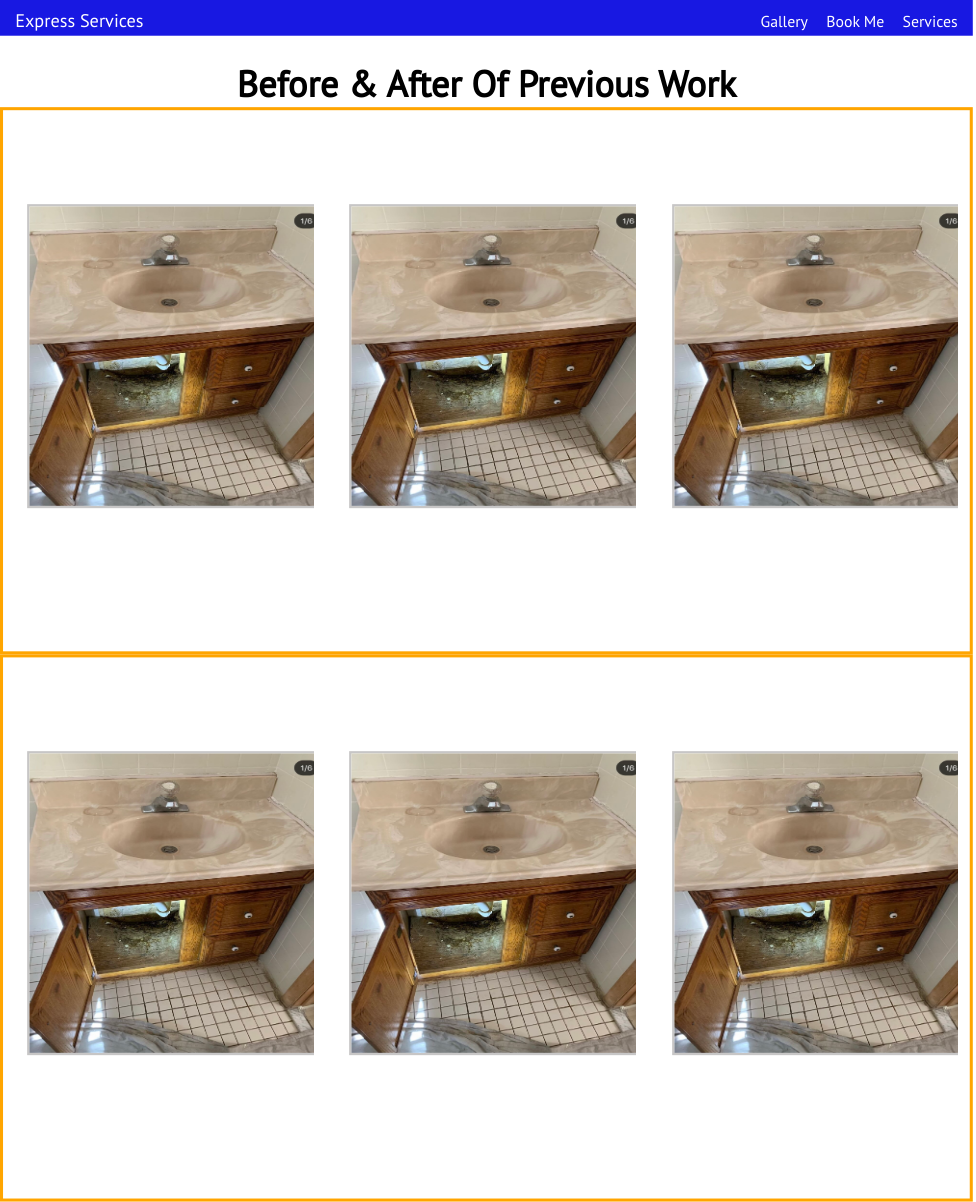
Repository: DrummerDee/mir-miami
Page: /Gallery (app in mr-miami/)
An editor plug-in stored every save of this project. The page is shown before and after the next save, followed by the edit.
The browser window is 1280 px wide. The page is 1284 px wide, so the pictures cover 1284 px, including what lies to the right of the window. The pictures show the whole page, at 76% of full size.
The project was rebuilt for these pictures with package versions that can differ from the ones it lists, and the page was loaded fresh each time. Also part of the build but not shown: mr-miami/src/Styles/Services.css, mr-miami/src/Components/Services.js, mr-miami/src/Components/Homepage.js, mr-miami/src/Styles/Calendar.css, mr-miami/src/Styles/Times.css, mr-miami/src/Components/Times.js, mr-miami/src/Components/Time.js, mr-miami/src/Components/BookMe.js.

Above is the page before, as saved 2022-09-09 13:46:25.

### mr-miami/public/index.html
<!DOCTYPE html>
<html lang="en">
  <head>
    <meta charset="utf-8" />
    <link rel="icon" href="%PUBLIC_URL%/favicon.ico" />
    <meta name="viewport" content="width=device-width, initial-scale=1" />
    <meta name="theme-color" content="#000000" />
    <meta
      name="description"
      content="Web site created using create-react-app"
    />
    <link rel="apple-touch-icon" href="%PUBLIC_URL%/logo192.png" />
    <!--
      manifest.json provides metadata used when your web app is installed on a
      user's mobile device or desktop. See https://developers.google.com/web/fundamentals/web-app-manifest/
    -->
    <link rel="manifest" href="%PUBLIC_URL%/manifest.json" />
    <!--
      Notice the use of %PUBLIC_URL% in the tags above.
      It will be replaced with the URL of the `public` folder during the build.
      Only files inside the `public` folder can be referenced from the HTML.

      Unlike "/favicon.ico" or "favicon.ico", "%PUBLIC_URL%/favicon.ico" will
      work correctly both with client-side routing and a non-root public URL.
      Learn how to configure a non-root public URL by running `npm run build`.
    -->
    <title>Exotic Express Services</title>
  </head>
  <body>
    <noscript>You need to enable JavaScript to run this app.</noscript>
    <div id="root"></div>
    <!--
      This HTML file is a template.
      If you open it directly in the browser, you will see an empty page.

      You can add webfonts, meta tags, or analytics to this file.
      The build step will place the bundled scripts into the <body> tag.

      To begin the development, run `npm start` or `yarn start`.
      To create a production bundle, use `npm run build` or `yarn build`.
    -->
  </body>
</html>

### mr-miami/src/App.js
import './Styles/App.css';
import { BrowserRouter as Router, Routes, Route } from "react-router-dom";
import Navbar from "./Components/Navbar";
import Services from "./Components/Services";
import Homepage from "./Components/Homepage";
import Gallery from "./Components/Gallery";
import BookMe from "./Components/BookMe";




function App() {
  return (
    <Router>
      <Navbar />
      <Routes>
        <Route path="/" element={<Homepage />} />
        <Route path="/Gallery" element={<Gallery />} />
        <Route path="/Services" element={<Services />} />
        <Route path="/BookMe" element={<BookMe />} />
      </Routes>
    </Router>
  );
}

export default App;

### mr-miami/src/Styles/App.css
@import url('https://fonts.googleapis.com/css2?family=IBM+Plex+Sans:wght@300&family=PT+Sans&display=swap');
* {
  box-sizing: border-box;
  margin: 0;
  padding: 0;
  font-family: 'PT Sans','IBM Plex Sans', sans-serif;
}

/* Gallery Page */
.gallery__body > h1 {
  font-size: 3rem;
  text-align: center;
  margin-top: 2rem;
}

.wrapper {
  display: flex;
  justify-content: center;
  align-items: center;
  border: 0.3rem solid orange;
  height: 100vh;
}
.containers{
  width: 100%;
  display: flex;
  flex-direction: column;
  height: 72%;
  overflow: hidden;
  gap: 0.5rem;
  padding: 1rem 0 0 1rem;
  margin: 1rem 1rem 0 1rem;
  overflow: auto;
  justify-content: center;
}
.frame {
  border-radius: 0.3rem;
  position: relative;
  height: 100%;
  width: fit-content;
}
img{
  transition: all linear 0.6s;
  border: 0.2rem solid rgb(199, 198, 198);
}
.bottom{
  position:absolute;
  top: 0;
  opacity: 0;
  margin-top: 16.5rem;
}
.containers:hover img{
  opacity: 0;
  cursor: pointer;
}
.containers:hover img.bottom{
  opacity: 1;
}

### mr-miami/src/Components/Navbar.js
import {Link } from 'react-router-dom'; //put this on every single routing page


// This isn't a homepage, just functionality for Navbar in the homepage
const Navbar = () => {
  return (
      <nav className="nav">
        <Link className="Home" to="/"> Express Services </Link>
        <ul>
          <li><Link to="/Gallery">Gallery</Link></li>
          <li><Link to="/BookMe">Book Me</Link></li>
          <li><Link to="/Services">Services</Link></li>
        </ul>
      </nav>
  );
}
export default Navbar;

### mr-miami/src/Components/Gallery.js
import React from "react";
import { LazyLoadImage } from 'react-lazy-load-image-component';
import sinkbefore from '../Assets/sinkbefore.jpeg';
import sinkafter from '../Assets/sinkafter.jpeg';
import doorbefore from '../Assets/Doorbefore.jpeg';
import doorafter from '../Assets/Doorafter.jpeg';
// import pavementbefore from '../Assets/pavementbefore.jpeg';
import pavementafter from '../Assets/pavementafter.jpeg';
import roofafter from '../Assets/roofafter.jpeg';
import roofbefore from '../Assets/roofbefore.jpeg';



function Gallery() {
    return (
        <>
            <main className='gallery__body'>
                <h1> Before & After Of Previous Work </h1>
                <section className='wrapper'>
                    <div className="containers">
                        <LazyLoadImage
                            src={sinkbefore}
                            width={400}
                            height={400}
                            effect='blur'
                            alt='broken sink'
                            className="top"
                        />
                        <LazyLoadImage
                            src={sinkafter}
                            width={400}
                            height={400}
                            effect='blur'
                            alt='broken sink'
                            className="bottom"
                        />
                    </div>
                    <div className="containers">
                        <LazyLoadImage
                            src={sinkbefore}
                            width={400}
                            height={400}
                            effect='blur'
                            alt='broken sink'
                            className="top"
                        />
                        <LazyLoadImage
                            src={sinkafter}
                            width={400}
                            height={400}
                            effect='blur'
                            alt='broken sink'
                            className="bottom"
                        />
                    </div>
                    <div className="containers">
                        <LazyLoadImage
                            src={sinkbefore}
                            width={400}
                            height={400}
                            effect='blur'
                            alt='broken sink'
                            className="top"
                        />
                        <LazyLoadImage
                            src={sinkafter}
                            width={400}
                            height={400}
                            effect='blur'
                            alt='broken sink'
                            className="bottom"
                        />
                    </div>
                </section>
                <section className='wrapper'>
                    <div className="containers">
                        <LazyLoadImage
                            src={sinkbefore}
                            width={400}
                            height={400}
                            effect='blur'
                            alt='broken sink'
                            className="top"
                        />
                        <LazyLoadImage
                            src={sinkafter}
                            width={400}
                            height={400}
                            effect='blur'
                            alt='broken sink'
                            className="bottom"
                        />
                    </div>
                    <div className="containers">
                        <LazyLoadImage
                            src={sinkbefore}
                            width={400}
                            height={400}
                            effect='blur'
                            alt='broken sink'
                            className="top"
                        />
                        <LazyLoadImage
                            src={sinkafter}
                            width={400}
                            height={400}
                            effect='blur'
                            alt='broken sink'
                            className="bottom"
                        />
                    </div>
                    <div className="containers">
                        <LazyLoadImage
                            src={sinkbefore}
                            width={400}
                            height={400}
                            effect='blur'
                            alt='broken sink'
                            className="top"
                        />
                        <LazyLoadImage
                            src={sinkafter}
                            width={400}
                            height={400}
                            effect='blur'
                            alt='broken sink'
                            className="bottom"
                        />
                    </div>
                </section>
            </main>

        </>
    );
}










export default Gallery

### mr-miami/src/Styles/Homepage.css
* {
  box-sizing: border-box;
  margin: 0;
  padding: 0;
}

.homeBody {
  position: relative;
  height: 95vh;
  overflow: hidden;
}

.nav {
  background-color: rgb(24, 24, 226);
  color: white;
  display: flex;
  justify-content: space-between;
  align-items: stretch;
  gap: 2rem;
  padding: 0 1rem;
  padding-top: 0.5rem;
  font-size: 1.3rem;
}

.nav ul {
  padding: 0%;
  margin: 0;
  list-style: none;
  display: flex;
  gap: 1rem;
}

.Home {
  font-size: 1.5rem;
}

.nav a {
  display: flex;
  align-items: center;
  color: inherit;
  text-decoration: none;
  height: 100%;
  padding: 0.25rem;
}

.nav li:hover {
  border-top: white 0.2rem solid;
  transition: all 0.3s ease-out;
  padding: 0.25rem;
}

.home {
  display: flex;
  flex-direction: column;
  justify-content: center;
  align-items: center;
}

.homeBody .text {
  background-image: url('../Assets/background.png');
  background-repeat: no-repeat;
  background-size: cover;
  height: 100vh;
  color: white;
  display: flex;
  flex-direction: column;
  align-items: center;
  font-weight: 300;
}

.homeBody .text .homeMainText {
  color: white;
  border-top: 0.4rem solid black;
  border-bottom: 0.4rem solid black;
  font-size: 5rem;
  padding: 0.5rem 0 0.5rem 0;
  margin-top: 6.5rem;
}

.homeBody .text>h3 {
  font-size: 1.2rem;
  padding-top: 2rem;
}

.homeBody .text>h4 {
  font-size: 1.5rem;
  margin: 0;
}

.homeBody .text>p {
  margin-top: 15rem;
  font-size: 1.5rem;
  font-weight: 600;
}

Loaded but not shown: mr-miami/src/index.js (common file); mr-miami/src/reportWebVitals.js (common file)

After the next save:
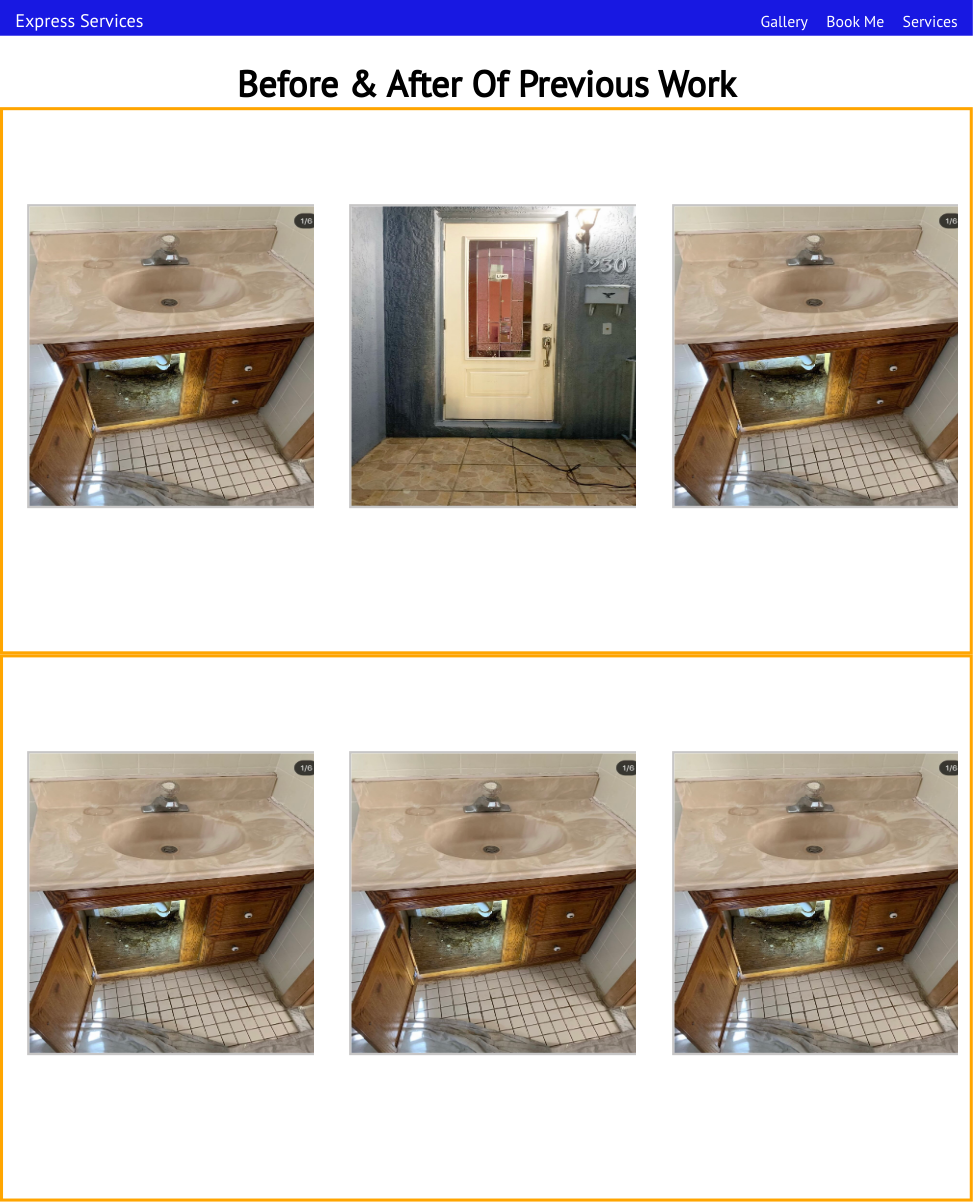
Saved 24 s later.
--- a/mr-miami/src/Components/Gallery.js
+++ b/mr-miami/src/Components/Gallery.js
@@ -37,7 +37,7 @@ function Gallery() {
                     </div>
                     <div className="containers">
                         <LazyLoadImage
-                            src={sinkbefore}
+                            src={doorbefore}
                             width={400}
                             height={400}
                             effect='blur'
